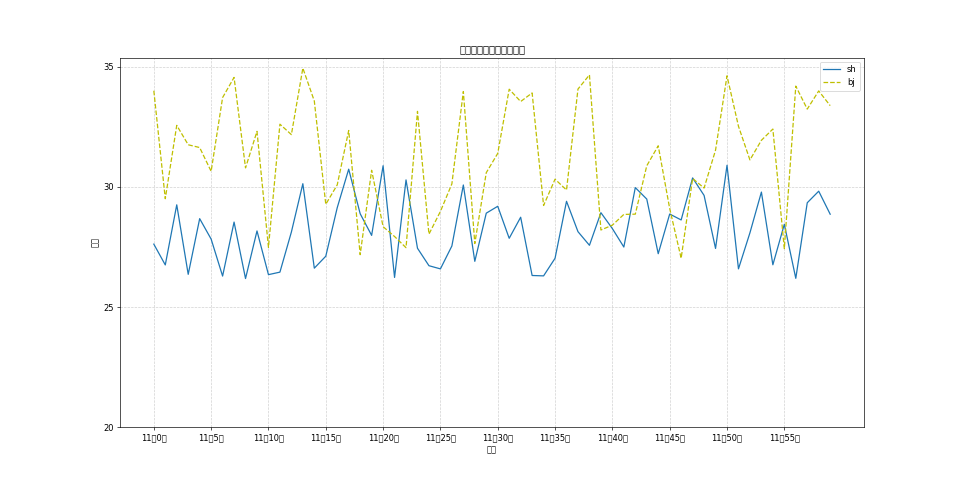
Repository: deancsdfy/AndroidPerformanceTool_windows
Script's output: python script/test.py
An editor plug-in stored every save of this project. The script's output is shown before and after the next save, followed by the edit.
Random numbers start from a fixed seed.

Above is the script's output before, as saved 2019-12-21 20:58:15.

After the next save:
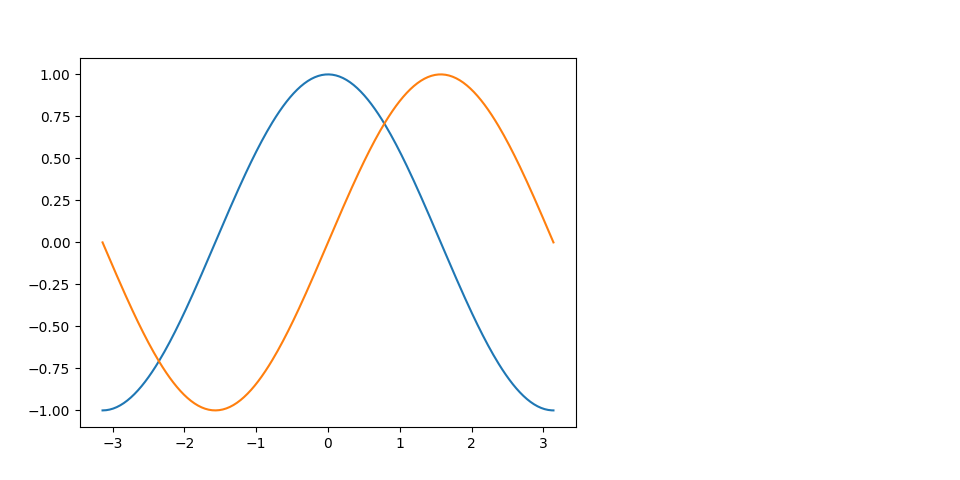
Saved 5 min 40 s later.
--- a/script/test.py
+++ b/script/test.py
@@ -1,43 +1,10 @@
+#encoding=utf-8
+import numpy as np
 import matplotlib.pyplot as plt
-import random
-# %matplotlib inline
-# 中文显示问题-- 下载中文字体，安装字体-修改配置文件下面手动修改配置
-# from pylab import mpl
-# mpl.rcParams["font.sans-serif"] = ["SimHei"]
-# mpl.rcParams["axes.unicode_minus"] = False # 解决保存图像是负号'-'显示为方块的问题
-
-# 准备数据
-x = range(60)
-y_sh = [random.uniform(26,31) for i in x]
-y_bj = [random.uniform(27, 35) for i in x]
-
-# 创建画布
-plt.figure(figsize=(16,8), dpi=60)
-
-# 同一坐标内--绘制多条折线图  （新增）
-plt.plot(x, y_sh, label="sh")
-plt.plot(x, y_bj, label="bj", linestyle="--", color="y")  # 线条颜色，线条样式设置 见下图
-
-# 自定义x, y轴 刻度 & 刻度标签 (新增)
-x_ticks = range(0, 60, 5)
-y_ticks = range(20, 40, 5)
-
-x_ticks_label = ["11点{}分".format(i) for i in x_ticks]
-
-plt.xticks(x_ticks, x_ticks_label)
-plt.yticks(y_ticks)
-
-# 添加辅助描述信息-- x，y轴标签 & 图形标题
-plt.xlabel("时间")
-plt.ylabel("温度")
-
-plt.title("两地同一时间温度变化图")
-
-# 添加网格线 - alpha:透明度   （新增）
-plt.grid(True, linestyle="--", alpha=0.6)
-
-# 显示图例 -- loc：位置设置,详见下图  （新增）
-plt.legend(loc="best")
-
-# 显示图象
+#line
+x=np.linspace(-np.pi,np.pi,256,endpoint=True)
+c,s=np.cos(x),np.sin(x)
+plt.figure(1)
+plt.plot(x,c)
+plt.plot(x,s)
 plt.show()

After the 2 saves that followed:
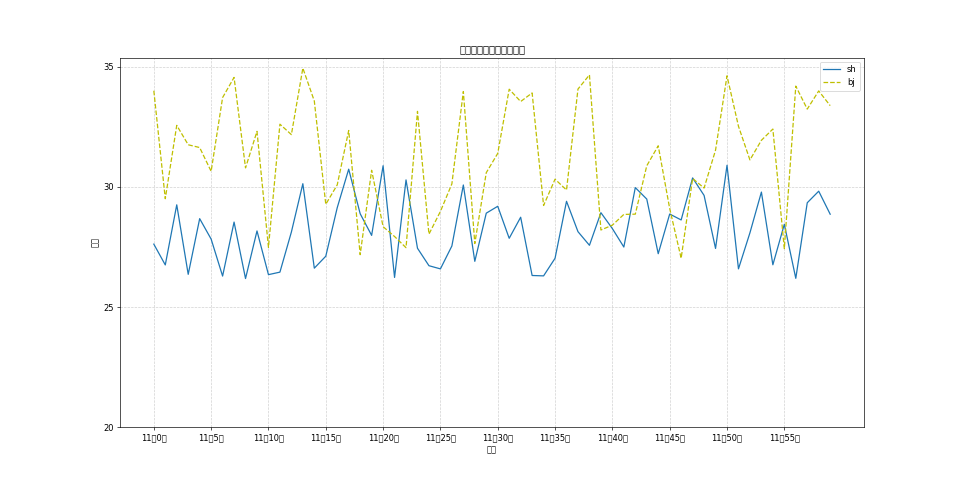
The 2 saves are shown as one change because 1 did not build or start.
The last was saved 3 min 22 s later.
--- a/script/test.py
+++ b/script/test.py
@@ -1,10 +1,43 @@
-#encoding=utf-8
-import numpy as np
 import matplotlib.pyplot as plt
-#line
-x=np.linspace(-np.pi,np.pi,256,endpoint=True)
-c,s=np.cos(x),np.sin(x)
-plt.figure(1)
-plt.plot(x,c)
-plt.plot(x,s)
+import random
+# %matplotlib inline
+# 中文显示问题-- 下载中文字体，安装字体-修改配置文件下面手动修改配置
+# from pylab import mpl
+# mpl.rcParams["font.sans-serif"] = ["SimHei"]
+# mpl.rcParams["axes.unicode_minus"] = False # 解决保存图像是负号'-'显示为方块的问题
+
+# 准备数据
+x = range(60)
+y_sh = [random.uniform(26,31) for i in x]
+y_bj = [random.uniform(27, 35) for i in x]
+
+# 创建画布
+plt.figure(figsize=(16,8), dpi=60)
+
+# 同一坐标内--绘制多条折线图  （新增）
+plt.plot(x, y_sh, label="sh")
+plt.plot(x, y_bj, label="bj", linestyle="--", color="y")  # 线条颜色，线条样式设置 见下图
+
+# 自定义x, y轴 刻度 & 刻度标签 (新增)
+x_ticks = range(0, 60, 5)
+y_ticks = range(20, 40, 5)
+
+x_ticks_label = ["11点{}分".format(i) for i in x_ticks]
+
+plt.xticks(x_ticks, x_ticks_label)
+plt.yticks(y_ticks)
+
+# 添加辅助描述信息-- x，y轴标签 & 图形标题
+plt.xlabel("时间")
+plt.ylabel("温度")
+
+plt.title("两地同一时间温度变化图")
+
+# 添加网格线 - alpha:透明度   （新增）
+plt.grid(True, linestyle="--", alpha=0.6)
+
+# 显示图例 -- loc：位置设置,详见下图  （新增）
+plt.legend(loc="best")
+
+# 显示图象
 plt.show()
